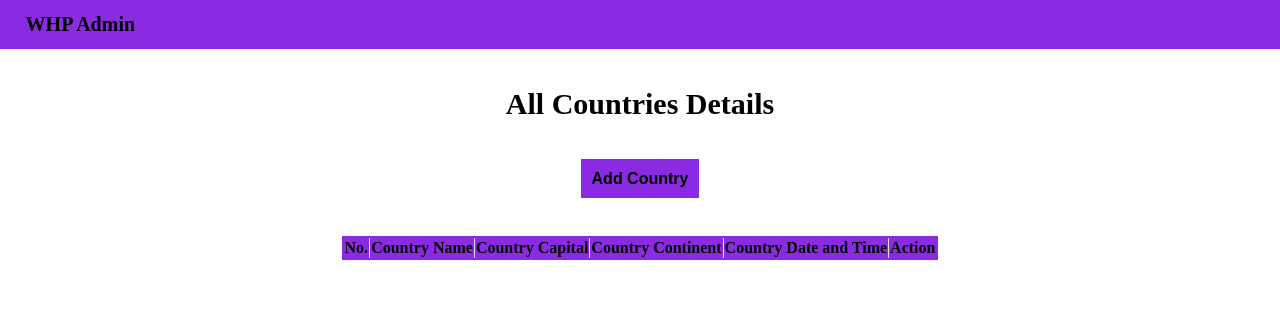
Repository: sabinaPetrisor/World_Hour_Project
Page: http://localhost/WorldHourProject/jsp/admin.jsp
The author's editor kept a copy of each file at every save. The page is drawn from the files as they stood at one save, then again after the next save.
The browser window is 1280 px wide. The pictures show the whole page.
The page is served by Tomcat 9. Queries for data that is not in the repository find no rows.

Above is the page before, as saved 2023-08-09 07:29:49.

After the next save:
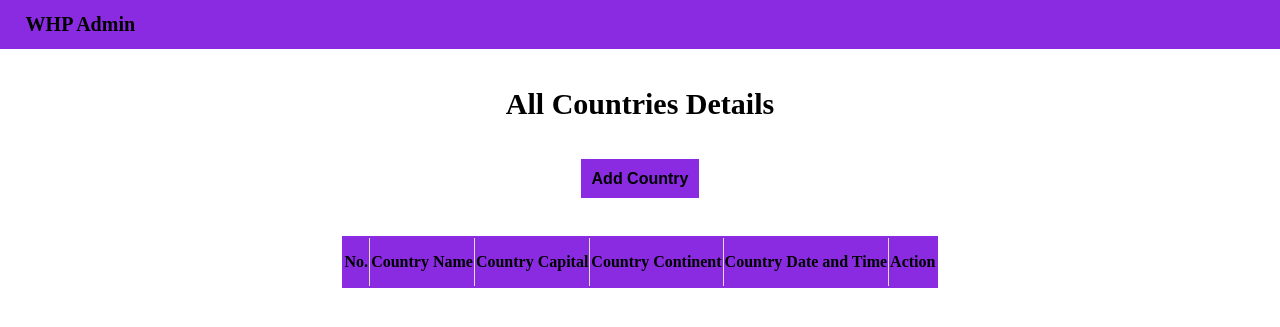
Saved 7 s later.
--- a/WorldHourProject/src/main/webapp/css/admin.css
+++ b/WorldHourProject/src/main/webapp/css/admin.css
@@ -43,7 +43,7 @@
 .tbl-col-names {
 	border: 2px solid blueviolet;
 	background-color: blueviolet;
-	height: 20px;
+	height: 50px;
 }
 
 .tbl td, .tbl-col-names th {
